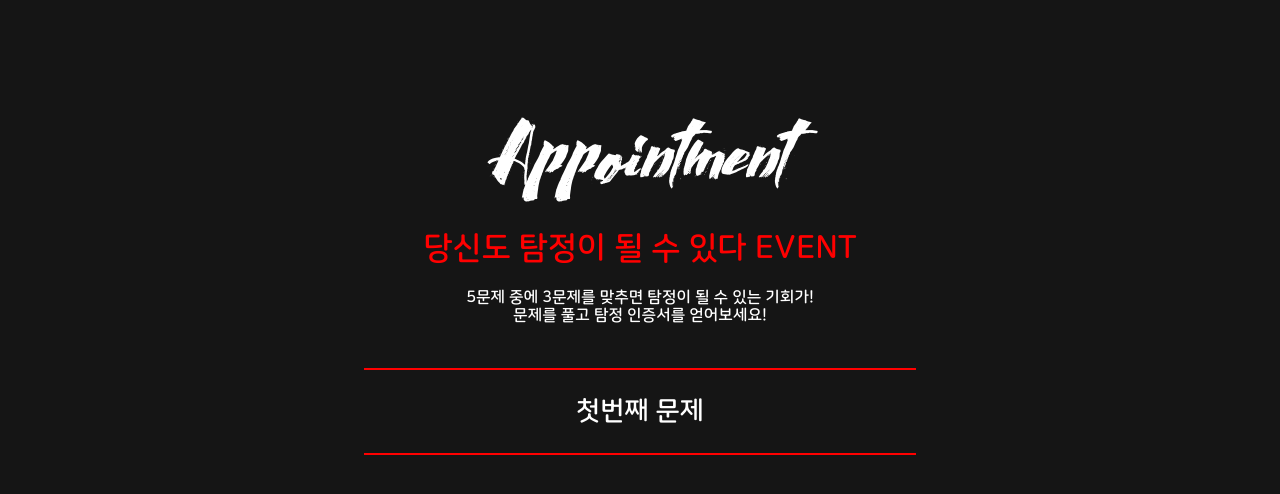
Repository: minkyung0421/Event_Project
Page: http://localhost/Event/letter.jsp
An editor plug-in stored every save of this project. The page is shown before and after the next save, followed by the edit.
The browser window is 1280 px wide. The pictures show the whole page.
The page is served by Tomcat 9.

Above is the page before, as saved 2018-09-04 17:35:04.

After the next save:
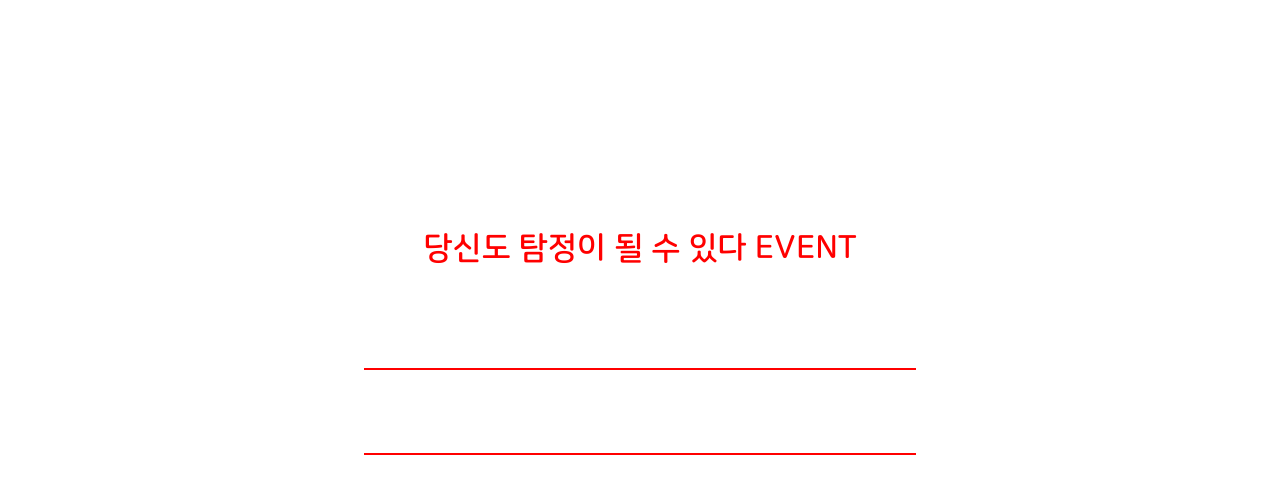
Saved 2 min 22 s later.
--- a/Event_Project/Event/WebContent/letter.jsp
+++ b/Event_Project/Event/WebContent/letter.jsp
@@ -17,7 +17,6 @@ body{
 	margin:7%;
 	padding:0px;
 	font-family:'NANUMSQUAREROUNDB';
-	background-color: #151515;
 	color: white;
 }
 
